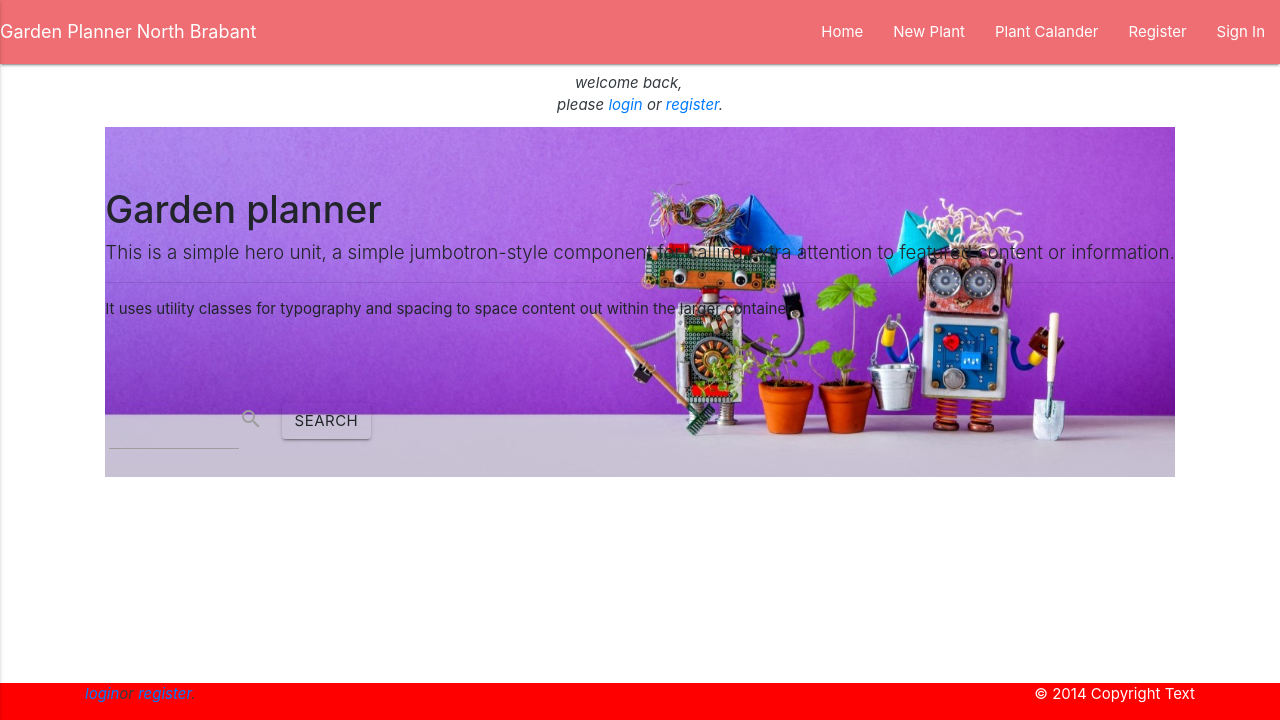
Repository: Lemoenskil/Milestone_project_3_Garden_planner
Page: http://localhost/
The author's editor kept a record of every edit. The page is drawn from the files as they stood at one moment, then again after a run of edits.
The browser window is 1280 px wide. The pictures show the whole page.
Some web libraries are served in a nearby version. The page is served by the project's application, run on Flask 3 (app.py). Other server files are loaded and not shown. Queries for data that is not in the repository find no rows.

Above is the page before.
Console error: TypeError: $(...).floatingActionButton is not a function

### templates/plant_records.html
{% extends "base.html" %}
{% block content %}
<div class="row justify-content-center">
  <div class="jumbotron jumbotron-fluid text-left">
    <h1 class="display-6">Garden planner</h1>
    <p class="lead">This is a simple hero unit, a simple jumbotron-style component for calling extra attention to featured content or information.</p>
    <hr class="my-6">
    <p>It uses utility classes for typography and spacing to space content out within the larger container.</p>
    <div class="row container-fluid inner">
      <form class="col-lg-6 nopadding" id="search-site" action="{{ url_for('search') }}" ' method='get '>
        <div class="input-group mt-5 col-8 nopadding">
          <div class="col-6 float-right nopadding">
          <button type="submit" class="input-group-addon btn">search</button>
          </div>
          <div class="col-6 float-left nopadding">
          <label><input id="search" type="search" name='query' class="col-9 nopadding"><i class="material-icons nopadding col-2" >search</i></label>
          </div>

        </div>
      </form>
    </div>
  </div>
</div>

<div class="row text-center justify-content-center">
  {% for plant in plants%}
    <a href="{{url_for('view_plant', plant_id=plant._id)}}" class="card col-md-4 col-lg-3 mt-5 col-sm-12 col-xl-3" >
      <img src="{{plant.picture_link}}" class="card-img-top" alt="Responsive image" class="img-thumbnail">
      <div class="card-body">
         <h5 class="card-title">{{plant.plant_name}}</h5>
      </div>
    </a>
  {%endfor%}
</div>

<div>
  <div aria-label="" class="card-sm">
    <ul class="pagination justify-content-center">
      {% if page > 1 %}
      <li class="page-item">
        <a class="page-link" href="{{url_for('get_plant_record', page=page-1)}}" aria-label="Previous">
          <span aria-hidden="true">&laquo;</span>
          <span class="sr-only">Previous</span>
        </a>
      </li>
      {% endif %}
      {% for pagenum in pages %}
        {% if pagenum == page %}
          <li class="page-item active" aria-current="page">
        <a class="page-link" href="#">{{ pagenum }}<span class="sr-only">(current)</span></a> {% else %}
        <li class="page-item">
          <a class="page-link" href="{{url_for('get_plant_record', page=pagenum)}}">{{ pagenum }}</a></li>
        {% endif %}
      {% endfor %}
      {% if page < total %}
        <li class="page-item">
          <a class="page-link" href="{{url_for('get_plant_record', page=page+1)}}" aria-label="Next">
            <span aria-hidden="true">&raquo;</span>
            <span class="sr-only">Next</span>
          </a>
        </li>
      {% endif %}
    </ul>
  </div>
</div>

{% endblock %}

### templates/base.html
<!DOCTYPE html>
<html lang="en">
<head>
    <meta charset="UTF-8">
    <meta name="viewport" content="width=device-width, initial-scale=1.0">
    <meta http-equiv="X-UA-Compatible" content="ie=edge">
    <link href="https://fonts.googleapis.com/icon?family=Material+Icons" rel="stylesheet">
    <link rel="stylesheet" href="https://cdnjs.cloudflare.com/ajax/libs/materialize/0.100.2/css/materialize.min.css">
    <link href="https://stackpath.bootstrapcdn.com/bootstrap/4.4.1/css/bootstrap.min.css" rel="stylesheet" integrity="sha384-Vkoo8x4CGsO3+Hhxv8T/Q5PaXtkKtu6ug5TOeNV6gBiFeWPGFN9MuhOf23Q9Ifjh" crossorigin="anonymous">
    <link rel="stylesheet" href="{{url_for('static', filename='css/style.css')}}" type="text/css" />
    <title>Garden Planner</title>
</head>
<body>
    <header>
       <nav>
            <div class="nav-wrapper">
                <a href="{{url_for('get_plant_record')}}" class="brand-logo">Garden Planner North Brabant</a>
                <a href="{{url_for('get_plant_record')}}" data-activates="mobile" class="button-collapse"><i class="material-icons">menu</i></a>
                <ul class="right hide-on-med-and-down">
                    <li><a href="{{url_for('get_plant_record')}}">Home</a></li>
                    <li><a href="{{url_for('add_plant')}}">New Plant</a></li>
                    <li><a href="{{url_for('list_plant')}}">Plant Calander</a></li>
                    <li><a href="{{url_for('register_new_user')}}">Register</a></li>
                    <li><a href="">Sign In</a></li>
                </ul>
                <ul class="side-nav" id="mobile">
                    <li><a href="{{url_for('get_plant_record')}}">Home</a></li>
                    <li><a href="{{url_for('add_plant')}}">New Plant</a></li>
                    <li><a href="{{url_for('list_plant')}}">Plant Calander</a></li>
                    <li><a href="{{url_for('register_new_user')}}">Register</a></li>
                    <li><a href="">Sign In</a></li>

                </ul>
            </div>
        </nav>
            <div class="text-dark font-italic bg-transparent text-center pt-2 pr-4">welcome back, </div>
            <div class="text-dark font-italic bg-transparent text-center">please <a href="">login</a>
                or <a href="">register</a>.
            </div>
    </header>

    <main class="container">
        {% block content %}{% endblock %}

    </main>

    <footer class="page-footer">
        <div class="container" class="footer-copyright">
            <p class=float-right> © 2014 Copyright Text </p>
            <p class="text-dark font-italic bg-transparent float-left">
            <a href="">login</a>or <a href="">register</a>.</p>
        </div>
    </footer>

    <script src="https://code.jquery.com/jquery-3.4.1.slim.min.js" integrity="sha384-J6qa4849blE2+poT4WnyKhv5vZF5SrPo0iEjwBvKU7imGFAV0wwj1yYfoRSJoZ+n" crossorigin="anonymous"></script>
    <script src="https://cdnjs.cloudflare.com/ajax/libs/jquery/3.2.1/jquery.min.js"></script>
    <script src="https://stackpath.bootstrapcdn.com/bootstrap/4.4.1/js/bootstrap.min.js"></script>
    <script src="https://cdnjs.cloudflare.com/ajax/libs/materialize/0.100.2/js/materialize.min.js"></script>
    <script src="https://maxcdn.bootstrapcdn.com/bootstrap/4.1.1/js/bootstrap.min.js"></script>
    <script type="text/javascript">
        $(document).ready(function() {
            $(".button-collapse").sideNav();
            $('.fixed-action-btn').floatingActionButton();
        });
        $('#myModal').on('shown.bs.modal', function () {
             $('#myInput').trigger('focus')
        });
    </script>
</body>

</html>

### app.py
import os
from flask import Flask, render_template, redirect, request, url_for, session, flash
from flask_pymongo import PyMongo
from form import LoginForm, RegisterForm
from bson.objectid import ObjectId
import math
import re
import bcrypt



app = Flask ("----name----")
app.config["MONGO_DBNAME"] = 'garden_planner'
app.config["MONGO_URI"] = 'mongodb+srv://CP3O:iYmkh8QOgi2fhu2y@lemoenskil-4vjdx.mongodb.net/garden_planner?retryWrites=true&w=majority'

# Set the secret key to some random bytes. Keep this really secret!
app.secret_key = os.environ.get('SECRET_KEY') or 'y6rdh777y685hf67gk9786j65g9h*&^^*(^'

plants_per_page = 6

mongo = PyMongo(app)

@app.route('/')
@app.route('/plant_records')
def get_plant_record():
    page_number = int(request.args.get('page', 1))
    plants_to_skip = (page_number - 1) * plants_per_page
    plant_count = mongo.db.plant_data.count({})
    page_count = int(math.ceil(plant_count / plants_per_page))
    page_numbers = range(1, page_count + 1)
    plants_on_page = mongo.db.plant_data.find().skip(plants_to_skip).limit(plants_per_page)
    return render_template("plant_records.html", title="Home", plants=plants_on_page, page=page_number, pages=page_numbers, total=page_count)

@app.route('/register', methods=['GET', 'POST'])
def register_new_user():
    """Registers a new user"""
    form = RegisterForm(request.form)
    if form.validate_on_submit():
        all_existing_users = mongo.db.user_data
        found_user = all_existing_users.find_one({
            'name': request.form['username']
        })

        if found_user:
            flash(f"Username `{request.form['username']}` is already taken. Please try a different username.")
            return redirect(url_for('register_new_user'))
        else:
            # Convert password to hash to prevent password leakage should we get hacked
            hashed_password = bcrypt.hashpw(
                request.form['password'].encode('utf-8'), bcrypt.gensalt()
            )
            all_existing_users.insert_one({
                'name': request.form['username'],
                'password': hashed_password,
                'email': request.form['email']
            })
            # User successfully registered, so treat the user as logged in.
            session['username'] = request.form['username']
            return redirect(url_for('get_plant_record'))
    return render_template('register.html', title='Register', form=form)


@app.route('/login', methods=['GET', 'POST'])
def login():
    """Log-in the user"""
    if session.get('logged_in') is True:
        return redirect(url_for('get_plant_record', title="Sign In"))

    form = LoginForm()

    if form.validate_on_submit():
        # get all users
        users = mongo.db.user_data
        # try and get one with same name as entered
        db_user = users.find_one({'name': request.form['username']})

        if db_user:
            # check password using hashing
            if bcrypt.hashpw(request.form['password'].encode('utf-8'),
                             db_user['password']) == db_user['password']:
                session['username'] = request.form['username']
                session['logged_in'] = True
                # successful redirect to home logged in
                return redirect(url_for('get_plant_record', title="Sign In", form=form))
            # must have failed set flash message
            flash('Invalid username/password combination')
    return render_template("login.html", title="Sign In", form=form)

@app.route('/logout')
def logout():
    """Clear session for logged in user"""
    session.clear()
    return redirect(url_for('get_plant_record'))


@app.route('/list_plant')
def list_plant():
    return render_template("list_plant.html", plants=mongo.db.plant_data.find())

@app.route('/view_plant/<plant_id>')
def view_plant(plant_id):
    """Shows full plant details"""
    mongo.db.plant_data.find_one(
        {'_id': ObjectId(plant_id)},
    )
    plant_db = mongo.db.plant_data.find_one_or_404({'_id': ObjectId(plant_id)})
    return render_template("view_plant.html", plant=plant_db)

@app.route('/add_plant')
def add_plant():
    return render_template("add_plant.html")

@app.route('/insert_plant', methods=['POST'])
def insert_plant():
    plants = mongo.db.plant_data
    plants.insert_one(convert_form_to_plant_data(request.form))
    return redirect(url_for('get_plant_record'))

@app.route('/update_plant/<plant_id>')
def update_plant(plant_id):
    plants =  mongo.db.plant_data.find_one({"_id": ObjectId(plant_id)})
    return render_template('update_plant.html', plant=plants)

def convert_form_to_plant_data(form):
    value_sowing_under_glass = [ month for month in range(1, 13) if f"sowing-under-glass-{month}" in form ]
    value_outside_seeding = [ month for month in range(1, 13) if f"outside-seeding-{month}" in form ]
    value_harvest = [ month for month in range(1, 13) if f"harvest-{month}" in form ]
    return {
        'plant_name':form.get('plant_name'),
        'picture_link':form.get('picture_link'),
        'crop_group': form.get('crop_group'),
        'crop_family': form.get('crop_family'),
        'soil':form.get('soil'),
        'frost_tolerant':form.get('frost_tolerant'),
        'position':form.get('position'),
        'feeding':form.get('feeding'),
        'companions':form.get('companions'),
        'spacing':form.get('spacing'),
        'Sow_and_Plant':form.get('Sow_and_Plant'),
        'Harvesting':form.get('Harvesting'),
        'Pests':form.get('Pests'),
        'Note':form.get('Note'),
        'value_sowing_under_glass':value_sowing_under_glass,
        'value_outside_seeding':value_outside_seeding,
        'value_harvest':value_harvest,
    }

@app.route('/edit_plant/<plant_id>', methods=["POST"])
def edit_plant(plant_id):
    plants = mongo.db.plant_data
    plants.update( {'_id': ObjectId(plant_id)}, convert_form_to_plant_data(request.form))
    return redirect(url_for('get_plant_record'))

@app.route('/delete_plant/<plant_id>')
def delete_plant(plant_id):
    mongo.db.plant_data.remove({'_id': ObjectId(plant_id)})
    return redirect(url_for('get_plant_record'))

@app.route('/search')
def search():
    """Provides logic for search bar"""
    query_A = request.args['query'].strip()
    regx = re.compile(f".*{query_A}.*", re.IGNORECASE)
    query = {'$regex': regx }
    results = mongo.db.plant_data.find({
        '$or': [
            {'plant_name': query},
            {'Note': query},
            {'crop_group': query},
        ]
    })
    return render_template('search_results.html', query=query_A, results=results)

if __name__ == '__main__':
    app.run(host=os.environ.get('IP'),
            port=int(os.environ.get('PORT')),
            debug=True)

### static/css/style.css
.mt-5, .my-5 {
    margin: 2rem!important;
}

nav .brand-logo{
    font-size: 1.2rem!important;
}

.jumbotron {
  background-image:url("/static/images/gardeners.gif");
  background-size: cover;
  margin-top: 10px;

}
.inner{
    margin-top:70px ;
    }

@media(min-width: 450px){
    .inner{
   position:absolute;
   bottom: 0;
    }
   .jumbotron{
    position:relative;
    height: 350px;
   }
}


.card{
  width: 100%;
}

body {
  display: flex;
  min-height: 100vh;
  flex-direction: column;
}

main {
  flex: 1 0 auto;
}


.page-footer{
    left: 0;
    bottom: 0;
    width: 100%;
    background-color: red;
    color: white;
    text-align: center;
    padding: 0px;
}

.card-sm{
  margin-bottom: 50px;
}

.form-control-borderless {
    border: none;
}

.form-control-borderless:hover, .form-control-borderless:active, .form-control-borderless:focus {
    border: none;
    outline: none;
    box-shadow: none;
}

.search_box{
    width: 100%;
    margin: 6%;
}
.align-items-center{
    margin: 0px!important;
}

.under-glass{
    background-color: yellow;
}
.outside-seeding {
    background-color: orange;
}

.harvest{
    background-color: green;
}
.header-edit-form{
    text-align: center;
}

.list_headings{
    color: #d8e332!important;
}


.input-group{
  display:table;
  width:100%;
}
.input-group .input-field,
.input-group .input-group-addon{
  display:table-cell;
}

.page-item.active .page-link{
    z-index: 0!important;
}

.card-img-top{
    width: 100%;
    height: 200px;
    object-fit: cover;
}
.modal{
    background-color: transparent;
    max-height: 100%;
}

.modal .modal-footer{
    background-color: transparent;
}

.container {
    overflow: auto;
}

.nopadding {
   padding: 0 !important;
   margin: 0 !important;
}

After the next 2 edits:
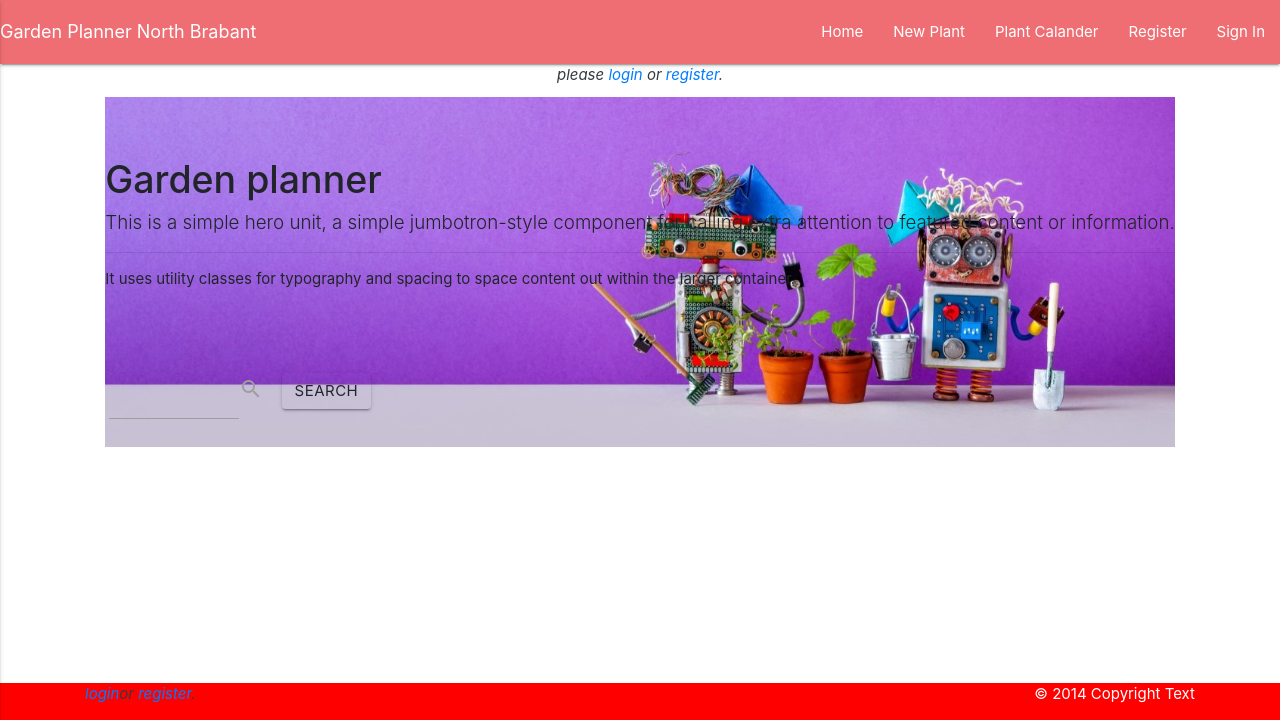
The 2 edits are shown as one change because 1 did not build or start.
The edit:
--- a/templates/base.html
+++ b/templates/base.html
@@ -33,10 +33,13 @@
                 </ul>
             </div>
         </nav>
-            <div class="text-dark font-italic bg-transparent text-center pt-2 pr-4">welcome back, </div>
-            <div class="text-dark font-italic bg-transparent text-center">please <a href="">login</a>
+            {% if 'username' in session %}
+                <div class="text-dark font-italic bg-transparent text-center pt-2 pr-4">welcome back, </div>
+            {% else %}
+                <div class="text-dark font-italic bg-transparent text-center">please <a href="">login</a>
                 or <a href="">register</a>.
-            </div>
+                </div>
+            {% endif %}
     </header>
 
     <main class="container">
